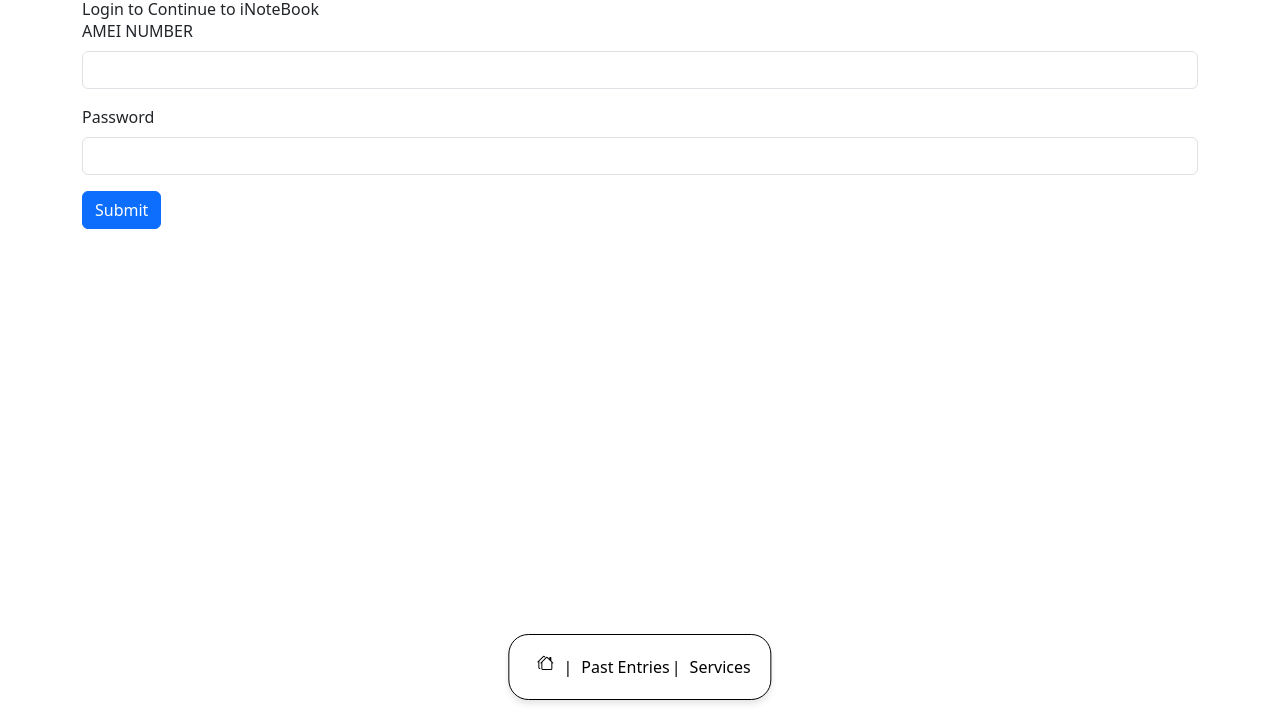
Repository: shash0708/GMR-Lines
Page: /login (app in frontend/)
These files come from the project's save history. The page is drawn as it stood at one moment and after the next save; the edit follows.
The browser window is 1280 px wide. The pictures show the whole page.
The page's requests for data from a server got no answer. The project was rebuilt for these pictures with package versions that can differ from the ones it lists, and the page was loaded fresh each time. No one was signed in, and anything a server would have sent is missing. Also part of the build but not shown: frontend/src/components/Buttons/Buttons.component.jsx, frontend/src/components/Home/Home.component.jsx, frontend/src/components/Form/Form.css, frontend/src/components/speedDail/SpeedDail.component.jsx, frontend/src/components/Form/Form.component.jsx, frontend/src/components/Card/Card.jsx, frontend/src/components/Card/Card.css, frontend/src/components/Card/Card.component.jsx and 4 more.

Above is the page before, as saved 2024-09-08 23:29:20.

### frontend/public/index.html
<!DOCTYPE html>
<html lang="en">
  <head>
    <meta charset="utf-8" />
    <link rel="icon" href="%PUBLIC_URL%/favicon.ico" />
    <meta name="viewport" content="width=device-width, initial-scale=1" />
    <meta name="theme-color" content="#000000" />
    <meta name="description" content="Web site created using create-react-app" />
    <link rel="apple-touch-icon" href="%PUBLIC_URL%/logo192.png" />
    <!--
      manifest.json provides metadata used when your web app is installed on a
      user's mobile device or desktop. See https://developers.google.com/web/fundamentals/web-app-manifest/
    -->
    <link rel="manifest" href="%PUBLIC_URL%/manifest.json" />
    <!--
      Notice the use of %PUBLIC_URL% in the tags above.
      It will be replaced with the URL of the `public` folder during the build.
      Only files inside the `public` folder can be referenced from the HTML.

      Unlike "/favicon.ico" or "favicon.ico", "%PUBLIC_URL%/favicon.ico" will
      work correctly both with client-side routing and a non-root public URL.
      Learn how to configure a non-root public URL by running `npm run build`.
    -->
    <link href="https://cdn.jsdelivr.net/npm/bootstrap@5.3.3/dist/css/bootstrap.min.css" rel="stylesheet" integrity="sha384-QWTKZyjpPEjISv5WaRU9OFeRpok6YctnYmDr5pNlyT2bRjXh0JMhjY6hW+ALEwIH" crossorigin="anonymous">

    <title>Log Book</title>
  </head>
  <script src="https://cdn.jsdelivr.net/npm/bootstrap@5.3.3/dist/js/bootstrap.bundle.min.js" integrity="sha384-YvpcrYf0tY3lHB60NNkmXc5s9fDVZLESaAA55NDzOxhy9GkcIdslK1eN7N6jIeHz" crossorigin="anonymous"></script>
  <script src="https://cdn.jsdelivr.net/npm/@popperjs/core@2.11.8/dist/umd/popper.min.js" integrity="sha384-I7E8VVD/ismYTF4hNIPjVp/Zjvgyol6VFvRkX/vR+Vc4jQkC+hVqc2pM8ODewa9r" crossorigin="anonymous"></script>
  <script src="https://cdn.jsdelivr.net/npm/bootstrap@5.3.3/dist/js/bootstrap.min.js" integrity="sha384-0pUGZvbkm6XF6gxjEnlmuGrJXVbNuzT9qBBavbLwCsOGabYfZo0T0to5eqruptLy" crossorigin="anonymous"></script>
  <body>
    <noscript>You need to enable JavaScript to run this app.</noscript>
    <div id="root"></div>
    <!--
      This HTML file is a template.
      If you open it directly in the browser, you will see an empty page.

      You can add webfonts, meta tags, or analytics to this file.
      The build step will place the bundled scripts into the <body> tag.

      To begin the development, run `npm start` or `yarn start`.
      To create a production bundle, use `npm run build` or `yarn build`.
    -->
  </body>
</html>

### frontend/src/App.js
import './App.css';
import { BrowserRouter as Router, Route, Routes } from 'react-router-dom';

import 'primereact/resources/themes/saga-blue/theme.css';
import 'primereact/resources/primereact.min.css';
import { PrimeReactProvider } from 'primereact/api';
import Home from '../src/components/Home/Home.component'
import Form from './components/Form/Form.component';
import Cards from './components/Card/Card.component';
import Data from './components/Data/Data.component';
import Navbar from './components/Header/Header.component'
import Login from './components/Login/Login.component';
import Signup from './components/SignUp/Signup.component';
import PdfComponent from './components/Pdf/PdfComponent';
import { LogsProvider } from './context/LogContext';
function App() {
  return (
    <LogsProvider>
    <PrimeReactProvider>
<Router>
<Navbar />

      <Routes>
      {/* <Navbar/> */}

        <Route path="/" element={<Home />} />
        <Route path='/login' element={<Login/>}/>
        <Route path='/signup' element={<Signup/>}/>
        <Route path="/form" element={<Form />} />
        <Route path="/past-records" element={<Cards />} />
        <Route path="/data/:id" element={<Data />} />
        <Route path="/pdf" element={<PdfComponent/>}/>
      </Routes>
    </Router>
</PrimeReactProvider>
</LogsProvider>
  );
}

export default App;

### frontend/src/serviceWorkerRegistration.js
// This optional code is used to register a service worker.
// register() is not called by default.

// This lets the app load faster on subsequent visits in production, and gives
// it offline capabilities. However, it also means that developers (and users)
// will only see deployed updates on subsequent visits to a page, after all the
// existing tabs open on the page have been closed, since previously cached
// resources are updated in the background.

// To learn more about the benefits of this model and instructions on how to
// opt-in, read https://cra.link/PWA

const isLocalhost = Boolean(
  window.location.hostname === 'localhost' ||
    // [::1] is the IPv6 localhost address.
    window.location.hostname === '[::1]' ||
    // 127.0.0.0/8 are considered localhost for IPv4.
    window.location.hostname.match(/^127(?:\.(?:25[0-5]|2[0-4][0-9]|[01]?[0-9][0-9]?)){3}$/)
);

export function register(config) {
  if (process.env.NODE_ENV === 'production' && 'serviceWorker' in navigator) {
    // The URL constructor is available in all browsers that support SW.
    const publicUrl = new URL(process.env.PUBLIC_URL, window.location.href);
    if (publicUrl.origin !== window.location.origin) {
      // Our service worker won't work if PUBLIC_URL is on a different origin
      // from what our page is served on. This might happen if a CDN is used to
      // serve assets; see https://github.com/facebook/create-react-app/issues/2374
      return;
    }

    window.addEventListener('load', () => {
      const swUrl = `${process.env.PUBLIC_URL}/service-worker.js`;

      if (isLocalhost) {
        // This is running on localhost. Let's check if a service worker still exists or not.
        checkValidServiceWorker(swUrl, config);

        // Add some additional logging to localhost, pointing developers to the
        // service worker/PWA documentation.
        navigator.serviceWorker.ready.then(() => {
          console.log(
            'This web app is being served cache-first by a service ' +
              'worker. To learn more, visit https://cra.link/PWA'
          );
        });
      } else {
        // Is not localhost. Just register service worker
        registerValidSW(swUrl, config);
      }
    });
  }
}

function registerValidSW(swUrl, config) {
  navigator.serviceWorker
    .register(swUrl)
    .then((registration) => {
      registration.onupdatefound = () => {
        const installingWorker = registration.installing;
        if (installingWorker == null) {
          return;
        }
        installingWorker.onstatechange = () => {
          if (installingWorker.state === 'installed') {
            if (navigator.serviceWorker.controller) {
              // At this point, the updated precached content has been fetched,
              // but the previous service worker will still serve the older
              // content until all client tabs are closed.
              console.log(
                'New content is available and will be used when all ' +
                  'tabs for this page are closed. See https://cra.link/PWA.'
              );

              // Execute callback
              if (config && config.onUpdate) {
                config.onUpdate(registration);
              }
            } else {
              // At this point, everything has been precached.
              // It's the perfect time to display a
              // "Content is cached for offline use." message.
              console.log('Content is cached for offline use.');

              // Execute callback
              if (config && config.onSuccess) {
                config.onSuccess(registration);
              }
            }
          }
        };
      };
    })
    .catch((error) => {
      console.error('Error during service worker registration:', error);
    });
}

function checkValidServiceWorker(swUrl, config) {
  // Check if the service worker can be found. If it can't reload the page.
  fetch(swUrl, {
    headers: { 'Service-Worker': 'script' },
  })
    .then((response) => {
      // Ensure service worker exists, and that we really are getting a JS file.
      const contentType = response.headers.get('content-type');
      if (
        response.status === 404 ||
        (contentType != null && contentType.indexOf('javascript') === -1)
      ) {
        // No service worker found. Probably a different app. Reload the page.
        navigator.serviceWorker.ready.then((registration) => {
          registration.unregister().then(() => {
            window.location.reload();
          });
        });
      } else {
        // Service worker found. Proceed as normal.
        registerValidSW(swUrl, config);
      }
    })
    .catch(() => {
      console.log('No internet connection found. App is running in offline mode.');
    });
}

export function unregister() {
  if ('serviceWorker' in navigator) {
    navigator.serviceWorker.ready
      .then((registration) => {
        registration.unregister();
      })
      .catch((error) => {
        console.error(error.message);
      });
  }
}

### frontend/src/components/Header/Header.component.jsx
import React, { useEffect, useState, useRef } from 'react';
import './Navbar.css';

const Navbar = () => {
  const [showNavbar, setShowNavbar] = useState(true);
  const [lastScrollTop, setLastScrollTop] = useState(0);
  const [scrollTimeout, setScrollTimeout] = useState(null);

  const handleScroll = () => {
    const currentScrollTop = window.pageYOffset || document.documentElement.scrollTop;

    // Clear the previous timeout if it exists
    if (scrollTimeout) {
      clearTimeout(scrollTimeout);
    }

    // Set a timeout to update the Navbar visibility after scrolling stops
    const newScrollTimeout = setTimeout(() => {
      if (currentScrollTop > lastScrollTop) {
        // Scrolling down
        setShowNavbar(false);
      } else if (currentScrollTop < lastScrollTop) {
        // Scrolling up
        setShowNavbar(true);
      }

      setLastScrollTop(currentScrollTop <= 0 ? 0 : currentScrollTop);
    }, 100); // Delay in milliseconds to wait before hiding/showing Navbar

    setScrollTimeout(newScrollTimeout);
  };

  useEffect(() => {
    window.addEventListener('scroll', handleScroll);
    return () => {
      window.removeEventListener('scroll', handleScroll);
      if (scrollTimeout) {
        clearTimeout(scrollTimeout);
      }
    };
  }, [scrollTimeout, lastScrollTop]);

  return (
    <div className={`navbar ${showNavbar ? 'show' : 'hide'}`}>
      <div className="navbar-items">
        <a href="#home"><svg xmlns="http://www.w3.org/2000/svg" width="32" height="16" fill="currentColor" class="bi bi-houses" viewBox="0 0 16 16">
  <path d="M5.793 1a1 1 0 0 1 1.414 0l.647.646a.5.5 0 1 1-.708.708L6.5 1.707 2 6.207V12.5a.5.5 0 0 0 .5.5.5.5 0 0 1 0 1A1.5 1.5 0 0 1 1 12.5V7.207l-.146.147a.5.5 0 0 1-.708-.708zm3 1a1 1 0 0 1 1.414 0L12 3.793V2.5a.5.5 0 0 1 .5-.5h1a.5.5 0 0 1 .5.5v3.293l1.854 1.853a.5.5 0 0 1-.708.708L15 8.207V13.5a1.5 1.5 0 0 1-1.5 1.5h-8A1.5 1.5 0 0 1 4 13.5V8.207l-.146.147a.5.5 0 1 1-.708-.708zm.707.707L5 7.207V13.5a.5.5 0 0 0 .5.5h8a.5.5 0 0 0 .5-.5V7.207z"/>
</svg></a>
        <a href="#about">Past Entries</a>
        <a href="#services">Services</a>
        {/* <a href="#contact">Contact</a> */}
      </div>
    </div>
  );
};

export default Navbar;

### frontend/src/components/Login/Login.component.jsx
import React, { useState } from 'react';
import { useNavigate } from 'react-router-dom';
import useDocumentTitle from '../hooks/useDocumentTitle';
import URL from '../config'
const Login = (props) => {
  useDocumentTitle('Login'); // Set the document title for this page

  const [credentials, setCredentials] = useState({ AME: "", password: "" });
  let navigate = useNavigate();

  const handleSubmit = async (e) => {
    e.preventDefault();

    try {
      const response = await fetch(`${URL}/api/login`, {
        method: 'POST',
        headers: {
          'Content-Type': 'application/json'
        },
        body: JSON.stringify({ AME: credentials.AME, password: credentials.password })
      });

      const json = await response.json();
      console.log(json);

      if (json.success) {
        // Save the auth token and redirect
        localStorage.setItem('token', json.authtoken);
        alert("Logged in Successfully");
        navigate('/');
      } else {
        alert("Invalid Credentials");
      }
    } catch (error) {
      console.error("There was an error with the login request:", error);
      alert("An error occurred. Please try again later.");
    }
  }

  const onChange = (e) => {
    setCredentials({ ...credentials, [e.target.name]: e.target.value });
  }

  return (
    <div className='container'>
      <h1>Login to Continue to iNoteBook</h1>
      <form onSubmit={handleSubmit}>
        <div className="mb-3">
          <label htmlFor="AME" className="form-label">AMEI NUMBER</label>
          <input
            type="text"
            className="form-control"
            name="AME"
            id="AME"
            value={credentials.AME}
            onChange={onChange}
            required
          />
        </div>
        <div className="mb-3">
          <label htmlFor="password" className="form-label">Password</label>
          <input
            type="password"
            className="form-control"
            name="password"
            id="password"
            value={credentials.password}
            onChange={onChange}
            required
          />
        </div>
        <button type="submit" className="btn btn-primary">Submit</button>
      </form>
    </div>
  );
}

export default Login;

### frontend/src/context/LogContext.js
// LogsContext.js
import React, { createContext, useState, useEffect } from 'react';
import axios from 'axios';
import URL from '../components/config';
const LogsContext = createContext();

export const LogsProvider = ({ children }) => {
  const [logs, setLogs] = useState([]);
  const [filteredLogs, setFilteredLogs] = useState([]);
  const [searchTerm, setSearchTerm] = useState('');
  const [selectedLogs, setSelectedLogs] = useState([]);

  useEffect(() => {
    const fetchLogs = async () => {
      try {
        const response = await axios.get(`${URL}/getlogs/entries`, {
          headers: {
            'auth-token': localStorage.getItem('token'),
          },
        });

        setLogs(response.data);
        setFilteredLogs(response.data);
      } catch (error) {
        console.error('Error fetching logs:', error);
      }
    };
    fetchLogs();
  }, []);

  useEffect(() => {
    const handleSearch = () => {
      const lowerCaseSearchTerm = searchTerm.toLowerCase();
      const filtered = logs.filter((log) => {
        const logId = String(log.Toa);
        return logId.toLowerCase().includes(lowerCaseSearchTerm);
      });
      setFilteredLogs(filtered);
    };

    handleSearch();
  }, [searchTerm, logs]);

  const handleSelect = (log) => {
    setSelectedLogs((prev) => {
      const isSelected = prev.includes(log);
      if (isSelected) {
        return prev.filter((selectedLog) => selectedLog !== log);
      }

      if (prev.length >= 7) {
        return prev;
      }

      return [...prev, log];
    });
  };

  return (
    <LogsContext.Provider
      value={{
        logs,
        filteredLogs,
        searchTerm,
        setSearchTerm,
        selectedLogs,
        handleSelect,
        setFilteredLogs,
      }}
    >
      {children}
    </LogsContext.Provider>
  );
};

export default LogsContext;

### frontend/src/components/hooks/useDocumentTitle.js
// src/hooks/useDocumentTitle.js
import { useEffect } from 'react';

const useDocumentTitle = (title) => {
  useEffect(() => {
    document.title = title;
  }, [title]);
};

export default useDocumentTitle;

### frontend/src/components/config.js
// src/config.js
const URL = "http://localhost:5000";

export default URL;

// `${URL}

### frontend/src/components/Header/Navbar.css
/* Navbar.css */
.navbar {
    display: flex;
    border-radius: 20px;
    align-items: center;
    border: 1px solid black;
    justify-content: center;
    position: fixed;
    bottom: 20px; /* Adjust as needed */
    left: 50%;
    transform: translateX(-50%);
    background-color: #ffffff;
    color: rgb(0, 0, 0);
    padding: 10px;
    width: auto; /* Adjust width based on content */
    box-shadow: 0 4px 6px rgba(0, 0, 0, 0.1); /* Optional */
    z-index: 1000; /* Optional */
    transition: width 0.3s ease, opacity 0.3s ease, transform 0.3s ease; /* Smooth transitions */
    opacity: 0; /* Hidden by default */
}

.navbar.show {
    opacity: 1; /* Show Navbar */
}

.navbar.hide {
    opacity: 0; /* Hide Navbar */
    pointer-events: none; /* Prevent interaction when hidden */
}

.navbar:hover {
    width: 300px; /* Adjust width on hover */
    transform: translateX(-50%) scale(1.05); /* Center Navbar and slightly zoom out */
}

.navbar-items {
    display: flex;
}

.navbar-items a {
    color: rgb(0, 0, 0);
    text-decoration: none;
    padding: 10px;
    position: relative; /* Needed for pseudo-element positioning */
    transition: transform 0.1s ease; /* Smooth zoom effect for icons */
}

.navbar-items a:not(:last-child)::after {
    content: "|"; /* Separator character */
    position: absolute;
    right: -1px; /* Adjust position */
    top: 50%;
    transform: translateY(-50%);
    color: rgb(0, 0, 0); /* Separator color */
}

.navbar-items a:hover {
    border-radius: 20px;
    transform: scale(1.1); /* Zoom in on hover */
}

@media (max-width: 768px) {
    .navbar {
        flex-direction: column;
        bottom: 10px;
        width: auto; /* Adjust width for smaller screens */
    }

    .navbar-content {
        margin-bottom: 5px;
    }
}

### frontend/tailwind.config.js
/** @type {import('tailwindcss').Config} */
module.exports = {
  content: [
    "./src/**/*.{js,ts,jsx,tsx}",  // Adjust the paths as needed
    "./public/**/*.html",           // Include HTML files if used
  ],
  theme: {
    extend: {
      // Custom theme extensions go here
      colors: {
        primary: '#ff6347',  // Example custom color
      },
      fontFamily: {
        sans: ['Helvetica', 'Arial', 'sans-serif'],
      },
    },
  },
  plugins: [
    // Add any Tailwind CSS plugins here
  ],
};


module.exports ={
  "compilerOptions": {
    "baseUrl": ".",
    "paths": {
      "@/*": ["src/*"]
    }
  }
}

Loaded but not shown: frontend/src/index.js (common file); frontend/src/index.css (common file); frontend/src/reportWebVitals.js (common file); frontend/src/App.css (common file); frontend/src/components/Data/Data.css (no stored copy; drawn as an empty file)

After the next save:
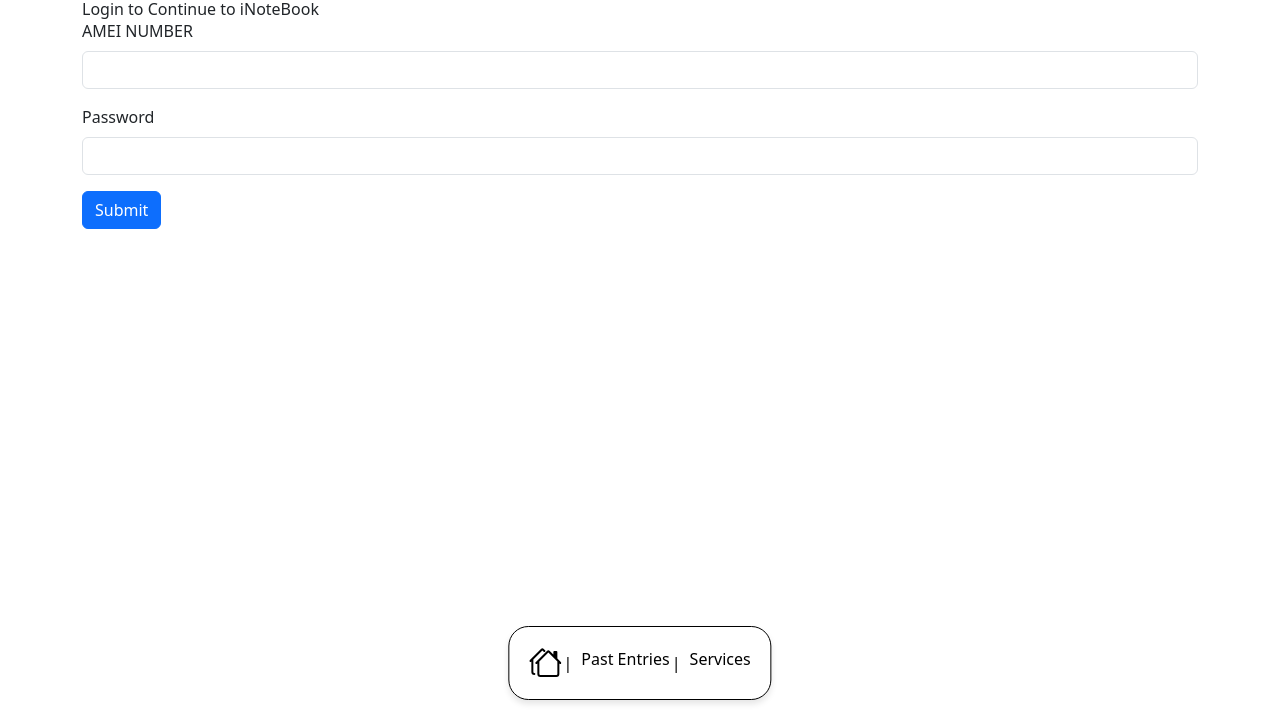
Saved 4 s later.
--- a/frontend/src/components/Header/Header.component.jsx
+++ b/frontend/src/components/Header/Header.component.jsx
@@ -43,7 +43,7 @@
   return (
     <div className={`navbar ${showNavbar ? 'show' : 'hide'}`}>
       <div className="navbar-items">
-        <a href="#home"><svg xmlns="http://www.w3.org/2000/svg" width="32" height="16" fill="currentColor" class="bi bi-houses" viewBox="0 0 16 16">
+        <a href="#home"><svg xmlns="http://www.w3.org/2000/svg" width="32" height="32" fill="currentColor" class="bi bi-houses" viewBox="0 0 16 16">
   <path d="M5.793 1a1 1 0 0 1 1.414 0l.647.646a.5.5 0 1 1-.708.708L6.5 1.707 2 6.207V12.5a.5.5 0 0 0 .5.5.5.5 0 0 1 0 1A1.5 1.5 0 0 1 1 12.5V7.207l-.146.147a.5.5 0 0 1-.708-.708zm3 1a1 1 0 0 1 1.414 0L12 3.793V2.5a.5.5 0 0 1 .5-.5h1a.5.5 0 0 1 .5.5v3.293l1.854 1.853a.5.5 0 0 1-.708.708L15 8.207V13.5a1.5 1.5 0 0 1-1.5 1.5h-8A1.5 1.5 0 0 1 4 13.5V8.207l-.146.147a.5.5 0 1 1-.708-.708zm.707.707L5 7.207V13.5a.5.5 0 0 0 .5.5h8a.5.5 0 0 0 .5-.5V7.207z"/>
 </svg></a>
         <a href="#about">Past Entries</a>
